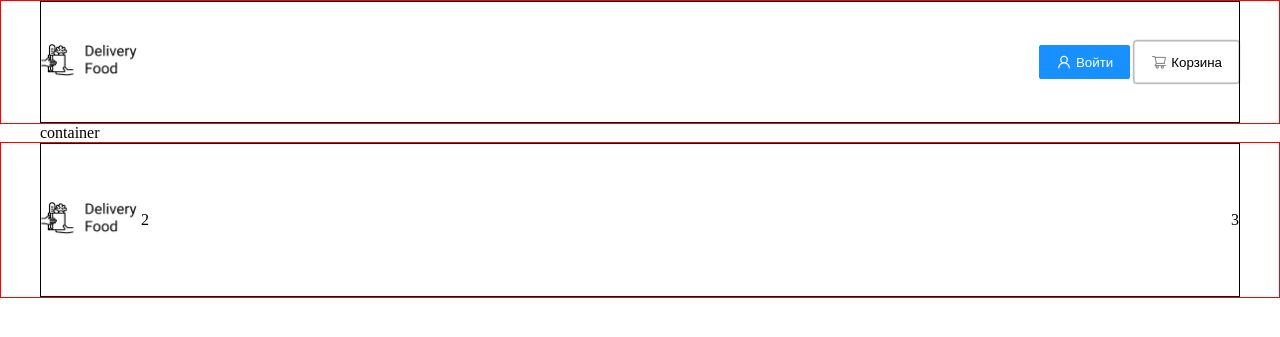
Repository: Valera1994/WebTestProject
Page: delivery/index.html
These files come from the project's save history. The page is drawn as it stood at one moment and after the next save; the edit follows.
The browser window is 1280 px wide. The pictures show the whole page.

Above is the page before, as saved 2025-09-14 22:24:52.

### delivery/index.html
<!DOCTYPE html>
<html lang="ru">
<head>
    <meta charset="UTF-8">
    <meta name="viewport" content="width=device-width, initial-scale=1.0">
    <link rel="stylesheet" href="style.css">
    <title>Delivery Food</title>
</head>
<body>
    <header class="header">
        <div class="container">
            <div class="header-box">
                <div class="header-logo logo">
                    <img src="./images/logo.png" alt="logo">
                </div>
                <div class="header-controls">
                    <button class="btn btn-primary">
                        <img src="./icons/user.png" alt="user">
                        Войти
                    </button>
                    <button class="btn btn-outline">
                        <img src="./icons/shopping.png" alt="shopping">
                        Корзина
                    </button>
                </div>
            </div>
        </div>
    </header>

    <main class="main">
        <div class="container">
            container
        </div>
    </main>

    <footer class="footer">
        <div class="container">
            <div class="footer-box">
                <div class="footer-logo logo">
                    <img src="./images/logo.png" alt="logo">
                </div>
                <div class="footer-nav">2</div>
                <div class="footer-social">3</div>
            </div>
        </div>
    </footer>
</body>
</html>

### delivery/style.css
* {
    box-sizing: border-box;
}

body{
    margin: 0;
    padding: 0;
}

.btn{
    display: flex;
    padding: 8px 16px;
    align-items: center;
    gap: 4px;
    outline: none;
}

.btn-primary{
    background: #1890FF;
    border-radius: 2px;
    border: 1px solid #1890FF;
    color:#FFFFFF;
}

.btn-outline{
    background: #FFFFFF;
    border: 1px solid #D9D9D9;
    border-radius: 2px;
    box-shadow: 0px 0px 2px 0px black;
}

.header{
    height: 124px;
    border: 1px solid red;
}

.logo{
    max-width: 100px;
}

.logo img{
    width: 100%;
}

.header-box{
    border: 1px solid black;
    height: 100%;
    display: flex;
    align-items: center;
    justify-content: space-between;
}

.header-controls{
    display: flex;
    align-items: center;
    justify-content: flex-end;
    gap: 4px;
}

.main{

}

.footer{
    height: 156px;
    border: 1px solid red;
}

.footer-box{
    border: 1px solid black;
    height: 100%;
    display: flex;
    align-items: center;
    justify-content: space-between;
}

.footer-nav{
    flex-grow: 1;
}

.container{
    height: 100%;
    width: 1230px;
    margin: 0px auto;
    padding-left: 15px;
    padding-right: 15px;
}

After the next save:
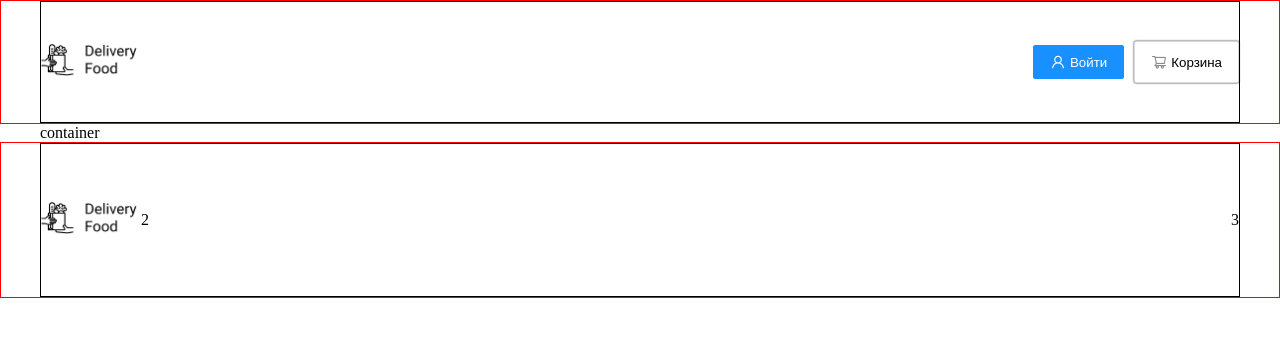
Saved 24 s later.
--- a/delivery/style.css
+++ b/delivery/style.css
@@ -54,7 +54,7 @@ body{
     display: flex;
     align-items: center;
     justify-content: flex-end;
-    gap: 4px;
+    gap: 10px;
 }
 
 .main{
